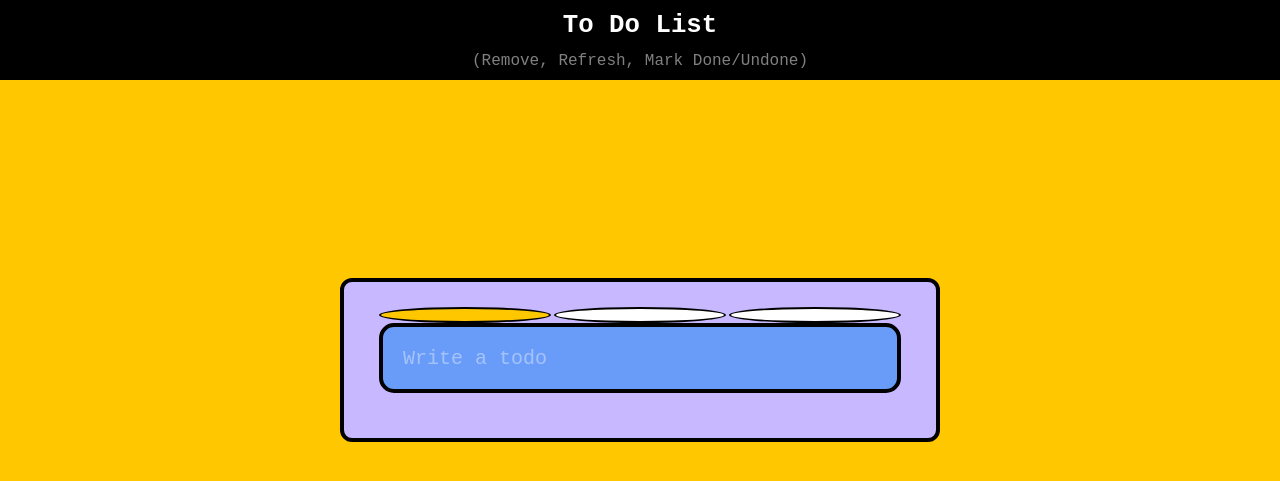
Repository: ThisIsSahaj/Js-Projects
Page: ToDoList/index.html
An editor plug-in stored every save of this project. The page is shown before and after the next save, followed by the edit.
The browser window is 1280 px wide. The pictures show the whole page.

Above is the page before, as saved 2024-04-24 09:56:22.

After the next save:
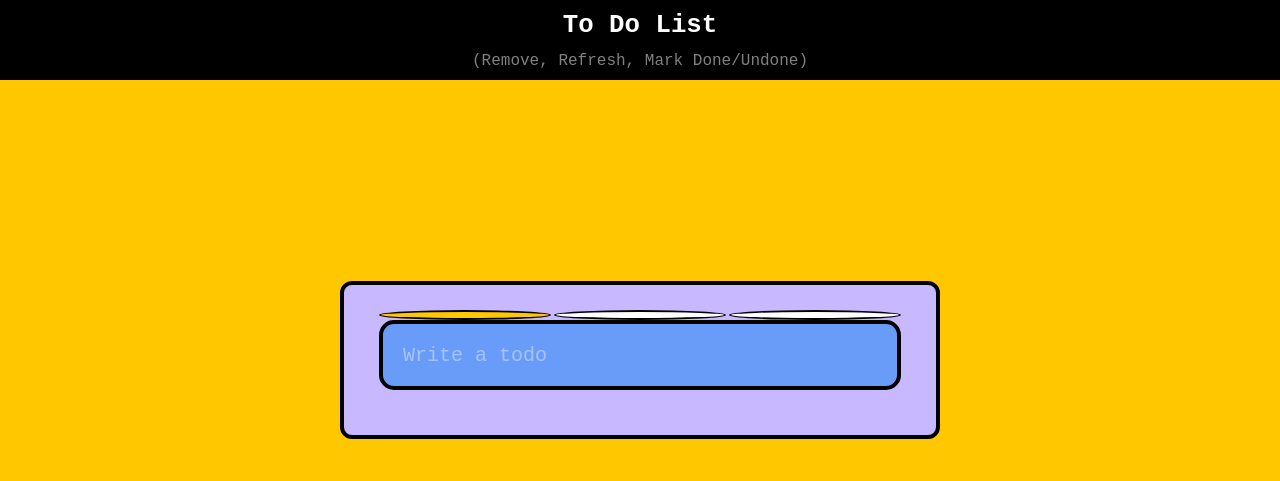
Saved 9 s later.
--- a/ToDoList/style.css
+++ b/ToDoList/style.css
@@ -61,7 +61,7 @@ body{
 .box span{
     border-radius: 50%;
     width: 33%;
-    height: 16px;
+    height: 10px;
     background-color: white;
 }
 
